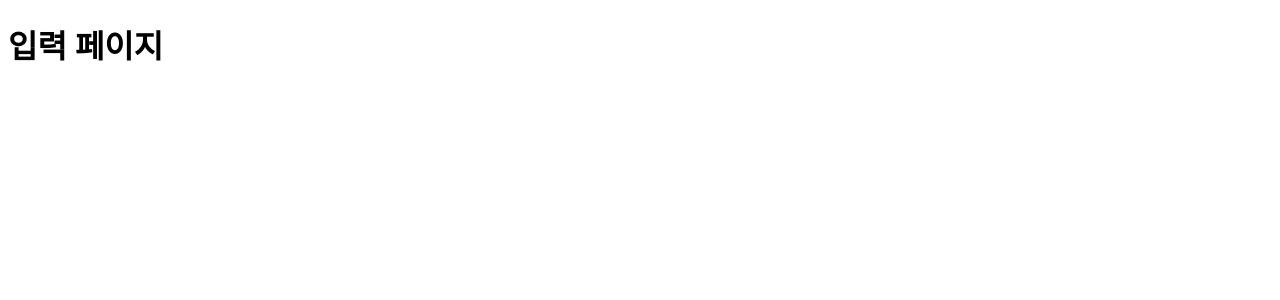
Repository: ljh5973/labweb
Page: http://localhost/JSP04/02_form.jsp
An editor plug-in stored every save of this project. The page is shown before and after the next save, followed by the edit.
The browser window is 1280 px wide. The pictures show the whole page.
The page is served by Tomcat 9.

Above is the page before, as saved 2022-01-11 02:19:49.

After the next save:
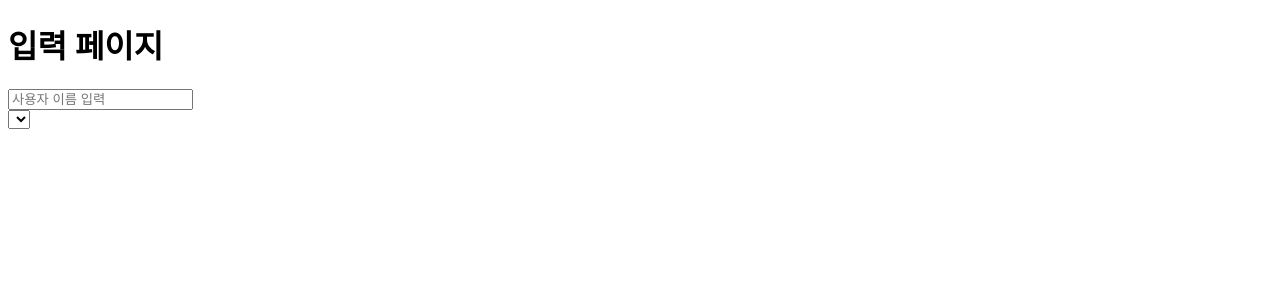
Saved 68 s later.
--- a/JSP04/webapp/02_form.jsp
+++ b/JSP04/webapp/02_form.jsp
@@ -12,7 +12,10 @@
 	<h1>입력 페이지</h1>
 
 	<form action="02_result_if.jsp">
-
+		<input type="text" name="userName" placeholder="사용자 이름 입력"/>
+		<br>
+		<select name="color">
+		</select>
 	</form>
 	</body>
 </html>
